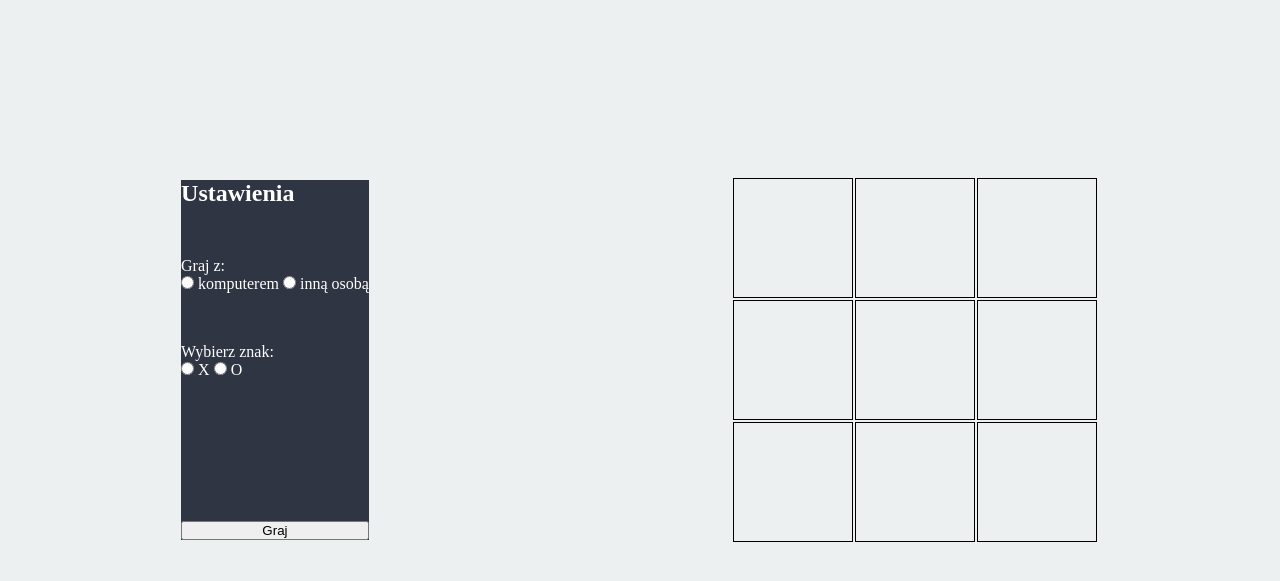
Repository: SebastianArmata22/Tic-Tac-Toe
Page: index.html
The author's editor kept a copy of each file at every save. The page is drawn from the files as they stood at one save, then again after the next save.
The browser window is 1280 px wide. The pictures show the whole page.

Above is the page before, as saved 2020-11-03 14:31:46.

### index.html
<!DOCTYPE html>
<html>
    <head>
        <meta charset="utf-8">
        <meta http-equiv="X-UA-Compatible" content="IE=edge">
        <title></title>
        <meta name="description" content="">
        <meta name="viewport" content="width=device-width, initial-scale=1">
        <link rel="stylesheet" href="style.css">
    </head>
    <body>

        <div class="main-content">
            <div class="settings-div">
                <h2>Ustawienia</h2>
                <div class="choice">
                    <p>Graj z:</p>
                    <label><input type="radio" name="player"> komputerem</label>
                    <label><input type="radio" name="player"> inną osobą</label>


                </div>
                <div class="choice">
                    <p>Wybierz znak:</p>
                    <label><input type="radio" name="sign"> X</label>
                    <label><input type="radio" name="sign"> O</label>
                </div>
                <button class="game-btn" >Graj</button>
            </div>
            <div class="tic-tac-toe-div">
                <table>
                    <tr>
                        <th></th>
                        <th></th>
                        <th></th>
                    </tr>
                    <tr>
                        <th></th>
                        <th></th>
                        <th></th>
                    </tr>
                    <tr>
                        <th></th>
                        <th></th>
                        <th></th>
                    </tr>
                </table>

            </div>
        </div>

        <script src="script.js" ></script>
    </body>
</html>

### style.css
*{
    margin: 0;
    padding: 0;
    box-sizing: border-box;
}
.main-content{
    display: flex;
    justify-content:space-around;
    align-items: center;
    height: 100vh;
    flex-wrap: wrap;
    background-color: #ecf0f1;

}

th{
border: 1px solid black;
height: 120px;
width: 120px;
}

th:hover{
background-color: #bdc3c7;
transition: all 0.5s ease-out;

}
.settings-div{
    height: 360px;
    position: relative;
    background-color: #2f3542;
    color: white;
}
.game-btn{
    position: absolute;
    bottom: 0;
    width: 100%;
}
.choice{
    margin-top: 50px;
}

Loaded but not shown: script.js (no copy from this time; the picture is the same without it)

After the next save:
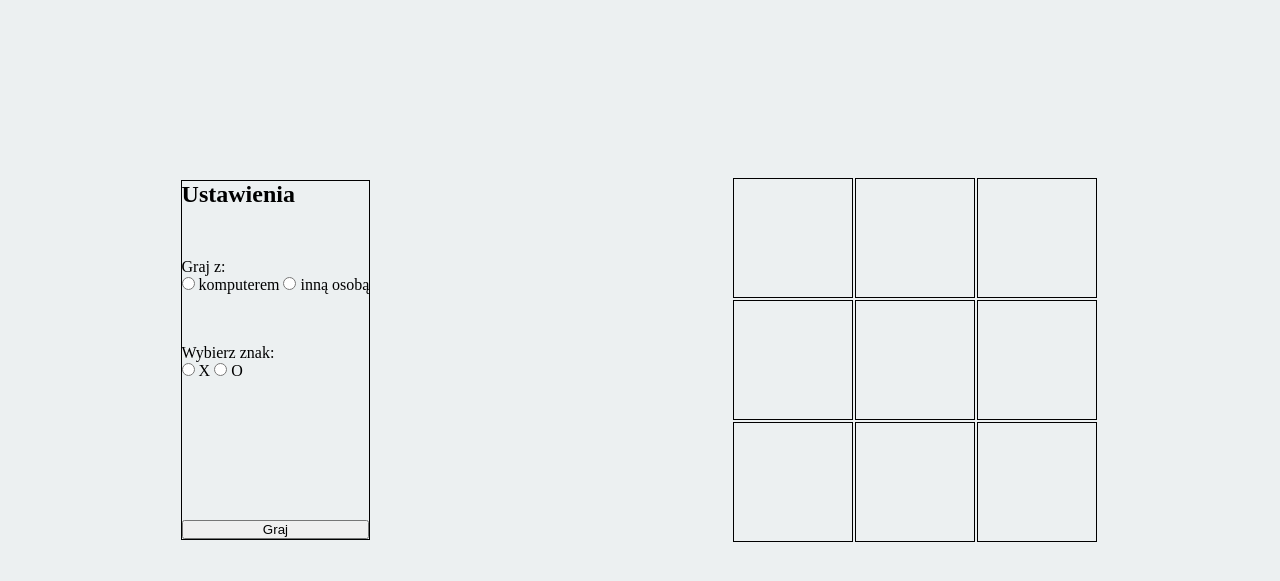
Saved 32 s later.
--- a/style.css
+++ b/style.css
@@ -27,8 +27,7 @@ transition: all 0.5s ease-out;
 .settings-div{
     height: 360px;
     position: relative;
-    background-color: #2f3542;
-    color: white;
+   border: 1px solid black;
 }
 .game-btn{
     position: absolute;
